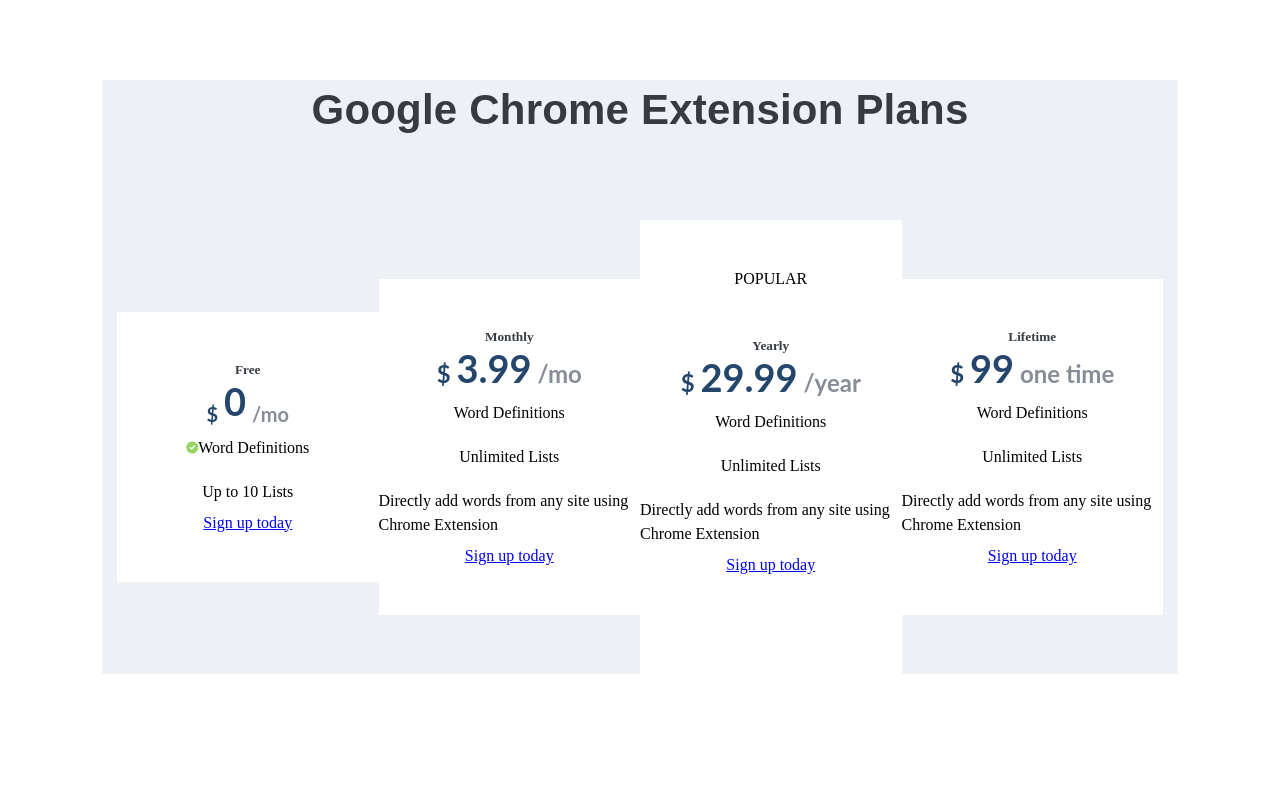
Repository: Novoselets28/chatos-test-task
Page: index.html
The author's editor kept a copy of each file at every save. The page is drawn from the files as they stood at one save, then again after the next save.
The browser window is 1280 px wide. The pictures show the whole page.

Above is the page before, as saved 2023-04-19 18:22:48.

After the next save:
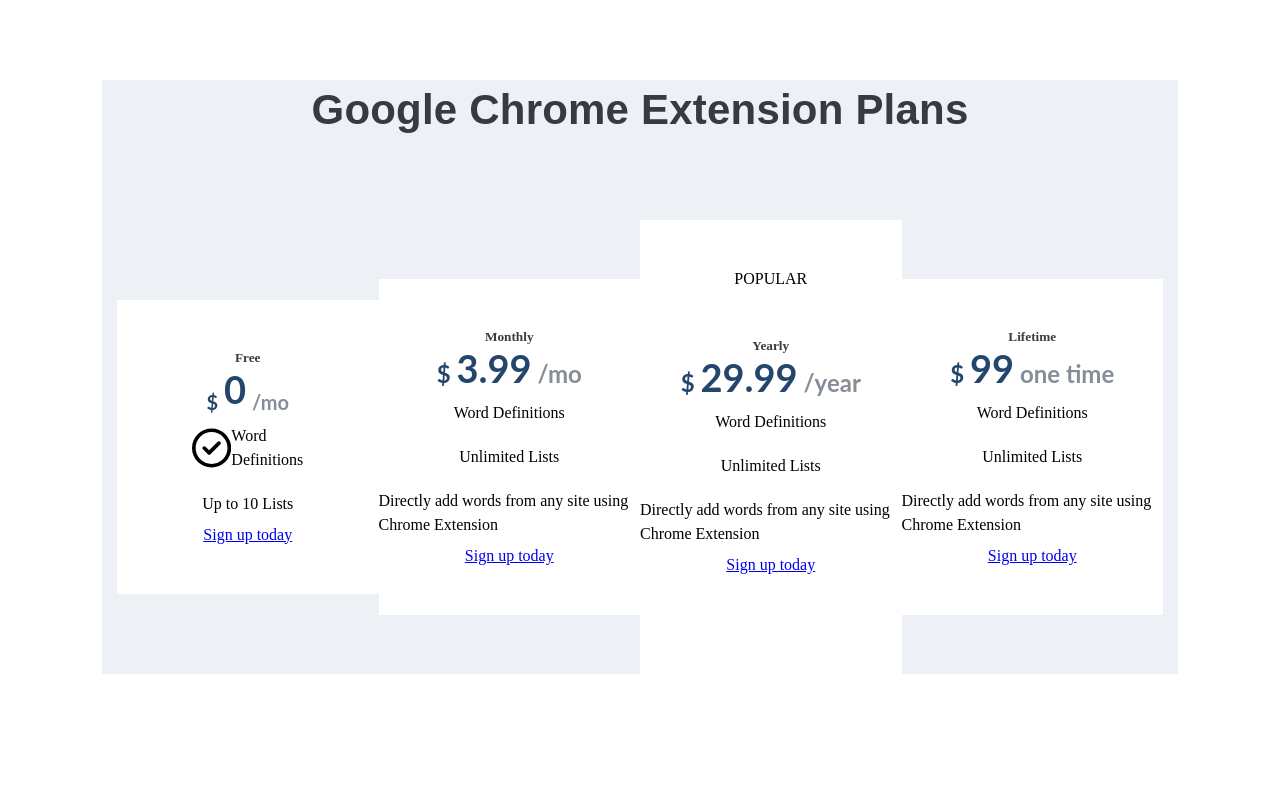
Saved 30 s later.
--- a/index.html
+++ b/index.html
@@ -29,7 +29,7 @@
                         <div class="item-extension__points">
                             <ul class="item-extension__point point-list">
                                 <li class="point-list__item">
-                                    <i class="fa-regular fa-circle-check" style="color: #96d35f;"></i>
+                                    <svg xmlns="http://www.w3.org/2000/svg" viewBox="0 0 512 512"><!--! Font Awesome Pro 6.4.0 by @fontawesome - https://fontawesome.com License - https://fontawesome.com/license (Commercial License) Copyright 2023 Fonticons, Inc. --><path d="M256 48a208 208 0 1 1 0 416 208 208 0 1 1 0-416zm0 464A256 256 0 1 0 256 0a256 256 0 1 0 0 512zM369 209c9.4-9.4 9.4-24.6 0-33.9s-24.6-9.4-33.9 0l-111 111-47-47c-9.4-9.4-24.6-9.4-33.9 0s-9.4 24.6 0 33.9l64 64c9.4 9.4 24.6 9.4 33.9 0L369 209z"/></svg>
                                         Word Definitions
                                 </li>
                                 <li class="point-list__item">
